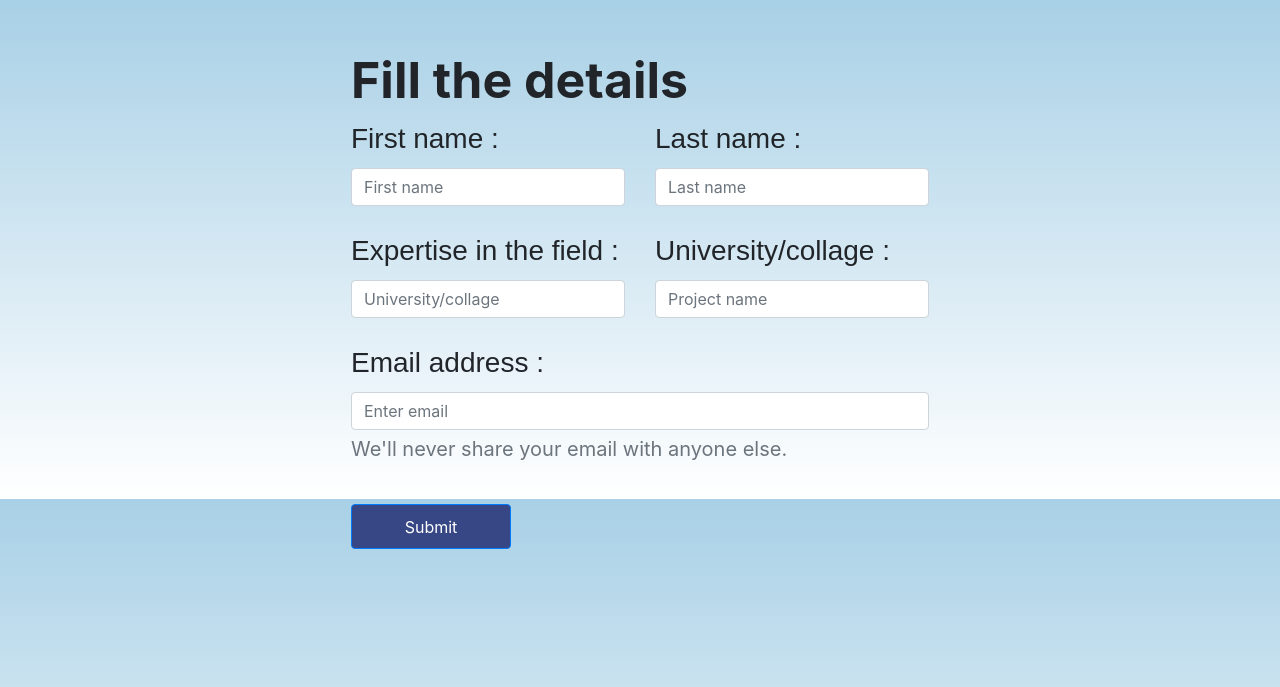
Repository: Sanskriti002/collaborate
Page: form.html
These files come from the project's save history. The page is drawn as it stood at one moment and after the next save; the edit follows.
The browser window is 1280 px wide. The pictures show the whole page.

Above is the page before, as saved 2023-09-21 21:41:05.

### form.html
<!DOCTYPE html>
<html lang="en">
<head>
    <meta charset="UTF-8">
    <meta name="viewport" content="width=device-width, initial-scale=1.0">
    <meta http-equiv="X-UA-Compatible" content="ie=edge">
    <link rel="stylesheet" href="https://stackpath.bootstrapcdn.com/bootstrap/4.1.1/css/bootstrap.min.css" integrity="sha384-WskhaSGFgHYWDcbwN70/dfYBj47jz9qbsMId/iRN3ewGhXQFZCSftd1LZCfmhktB"
        crossorigin="anonymous">
        <link href="form.css" rel="stylesheet">
    <title>Fill up the form</title>
</head>
<body>
    <form>
        <h3>Fill the details</h3>
        <div class="row">
          <div class="col">
            <label>First name :</label>
            <input type="text" class="form-control" placeholder="First name">
          </div>
          <div class="col">
            <label>Last name :</label>
            <input type="text" class="form-control" placeholder="Last name">
          </div>
        </div>
        <br>
        <div class="row">
            <div class="col">
              <label>Expertise in the field :</label>
              <input type="text" class="form-control" placeholder="University/collage">
            </div>
            <div class="col">
              <label>University/collage :</label>
              <input type="text" class="form-control" placeholder="Project name">
            </div>
          </div>
        <br>
        <div class="form-group">
            <label for="exampleInputEmail1">Email address :</label>
            <input type="email" class="form-control" id="exampleInputEmail1" aria-describedby="emailHelp" placeholder="Enter email">
            <small id="emailHelp" class="form-text text-muted">We'll never share your email with anyone else.</small>
          </div>


          <br>
          <button type="submit" id="btn" class="btn btn-primary" onclick="alert('Submitted')">Submit</button>
      </form>



</body>
</html>

### form.css
body{
    background-image:linear-gradient(#a8d0e6,white);
    padding:0;
     justify-content: center;
    align-items: center;
    box-sizing: border-box;

}

form{
     display: inline-block;
     position: relative;
     left: 50%;
    transform: translateX(-50%);;
     top: 50px;

    }
    input{
        width:100%;
        height: 50%;
        border: 1px solid lightgray;
        border-radius: 6px;
        outline: none;
        padding: 0 15px;
        font-size: 20px;
        transition: all 0.3s ease;

 }

 label{
    font-size: 28px;
    font-weight: 300;
    font-family: 'Nunito',sans-serif;
 }
 h3{
    font-size:50px;
    font-weight: bold;
 }
 #emailHelp{
    font-size: 20px;
    color: black;
 }
 #btn{
    width:160px;
    height:45px;
    cursor:pointer;
    background-color:#374785;
 }

After the next save:
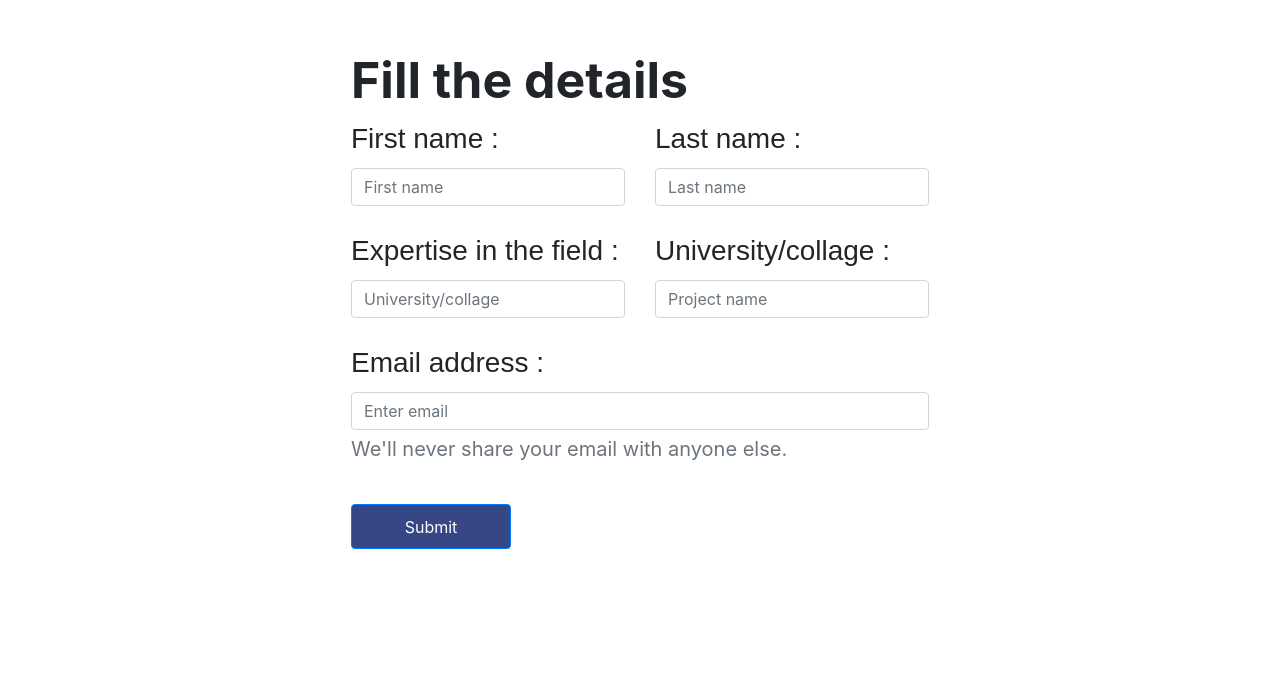
Saved 108 s later.
--- a/form.css
+++ b/form.css
@@ -1,5 +1,5 @@
 body{
-    background-image:linear-gradient(#a8d0e6,white);
+    background-image:linear-gradient(,white);
     padding:0;
      justify-content: center;
     align-items: center;
